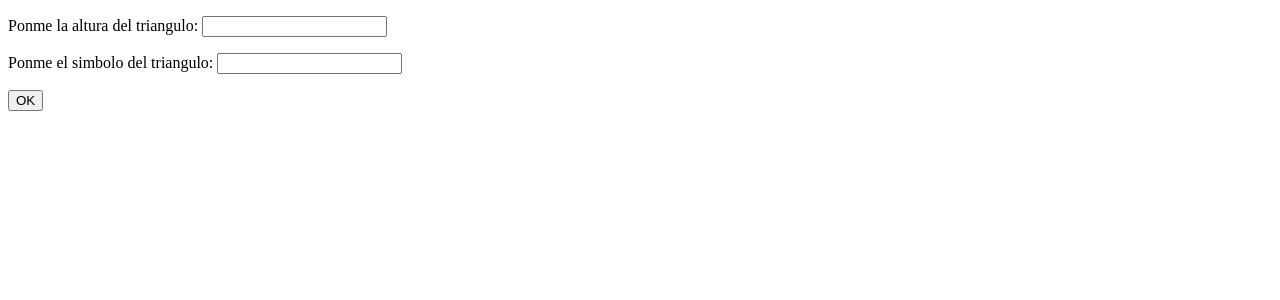
Repository: Matmart13/Acceso-a-Datos-2
Page: http://localhost/JSP1/Ejercicio3.jsp
The author's editor kept a copy of each file at every save. The page is drawn from the files as they stood at one save, then again after the next save.
The browser window is 1280 px wide. The pictures show the whole page.
The page is served by Tomcat 9.

Above is the page before, as saved 2023-01-30 15:07:30.

After the next save:
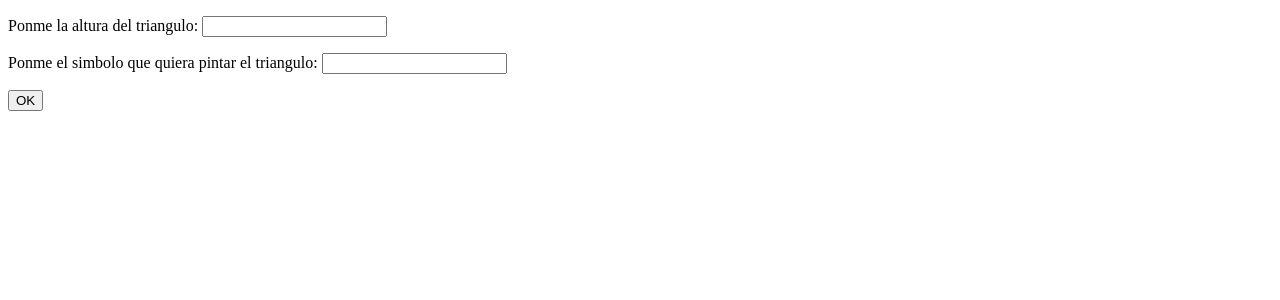
Saved 7 s later.
--- a/JSP1/src/main/webapp/Ejercicio3.jsp
+++ b/JSP1/src/main/webapp/Ejercicio3.jsp
@@ -9,7 +9,7 @@
 <form method="get" action="resultadoEj1.jsp">
 <p>Ponme la altura del triangulo:
 <input type="text" name="altura"><p>
-<p>Ponme el simbolo del triangulo:
+<p>Ponme el simbolo que quiera pintar el triangulo:
 <input type="text" name="altura"></p>
 <input type="submit" value="OK">
 </form>
